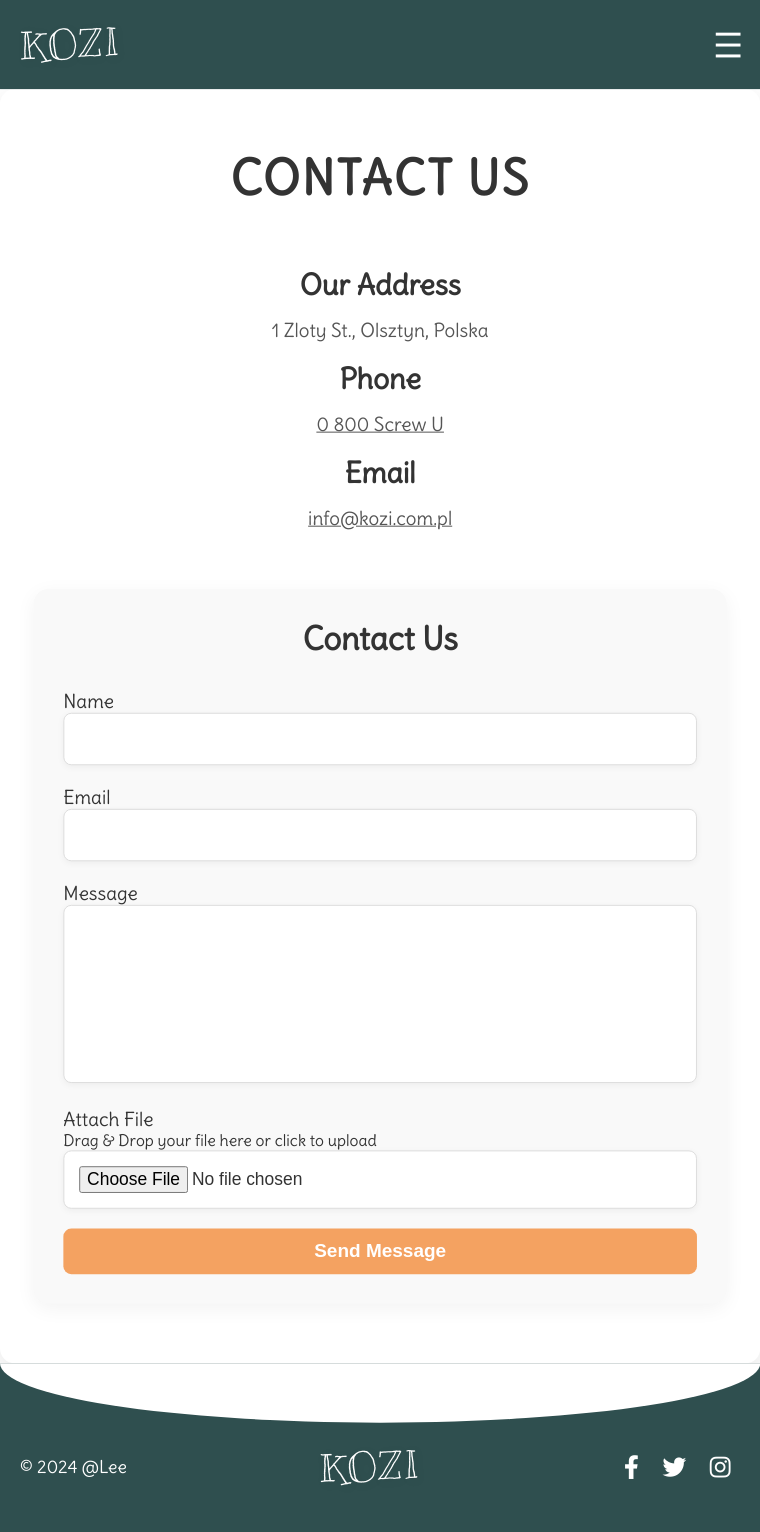
Repository: leerichie/kozi
Page: index.html
These files come from the project's save history. The page is drawn as it stood at one moment and after the next save; the edit follows.
The browser window is 768 px wide. The pictures show the whole page, at 99% of full size.

Above is the page before, as saved 2024-10-24 20:04:35.

After the next save:
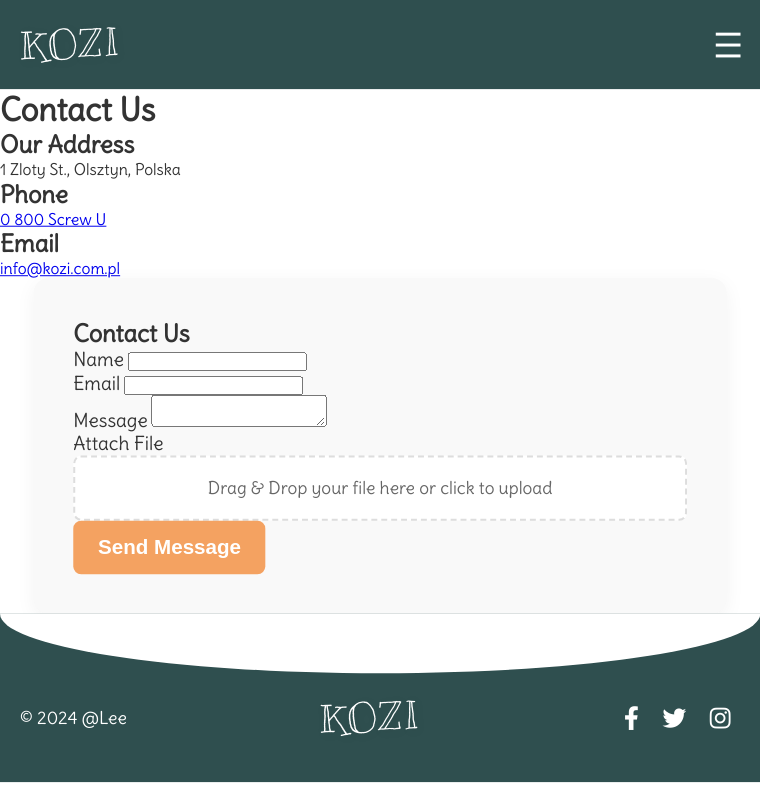
Saved 29 s later.
--- a/css/styles.css
+++ b/css/styles.css
@@ -162,59 +162,6 @@ body {
   color: #f4a261;
 }
 
-/* Contact Section */
-.container {
-  max-width: 1200px;
-  margin: 0 auto;
-  padding: 60px 20px;
-  background-color: #fff;
-  border-radius: 15px;
-  box-shadow: 0 10px 30px rgba(0, 0, 0, 0.1);
-}
-
-.contact-header h1 {
-  text-align: center;
-  font-size: 3rem;
-  margin-bottom: 50px;
-  color: #333;
-  font-weight: 700;
-  text-transform: uppercase;
-  letter-spacing: 2px;
-}
-
-.contact-info {
-  display: flex;
-  justify-content: space-between;
-  flex-wrap: wrap;
-  margin-bottom: 50px;
-  padding: 0 30px;
-}
-
-.contact-info div {
-  flex: 1;
-  min-width: 280px;
-  margin: 10px;
-  text-align: center;
-}
-
-.contact-info h2 {
-  font-size: 1.8rem;
-  margin-bottom: 15px;
-  color: #333;
-}
-
-.contact-info p,
-.contact-info a {
-  font-size: 1.2rem;
-  color: #555;
-  transition: color 0.3s ease;
-}
-
-.contact-info a:hover {
-  color: #f4a261;
-  text-decoration: none;
-}
-
 /* Form Styling */
 .form-container {
   max-width: 700px;
@@ -225,20 +172,6 @@ body {
   box-shadow: 0 5px 20px rgba(0, 0, 0, 0.05);
 }
 
-.form-container h2 {
-  text-align: center;
-  font-size: 2rem;
-  margin-bottom: 30px;
-  font-weight: 600;
-  color: #333;
-}
-
-.contact-form {
-  display: flex;
-  flex-direction: column;
-  gap: 20px;
-}
-
 .form-group label {
   font-size: 1.2rem;
   font-weight: 500;
@@ -246,44 +179,33 @@ body {
   margin-bottom: 5px;
 }
 
-.form-group input,
-.form-group textarea {
+/* File Drop Area Styling */
+.file-drop-area {
   width: 100%;
-  padding: 15px;
-  border: 1px solid #ddd;
+  padding: 20px;
+  border: 2px dashed #ddd;
   border-radius: 8px;
   background-color: #fff;
-  box-shadow: 0 2px 8px rgba(0, 0, 0, 0.05);
-  transition: all 0.3s ease;
+  text-align: center;
+  transition: border-color 0.3s ease;
+  cursor: pointer;
+}
+
+.file-drop-area:hover,
+.file-drop-area.dragging {
+  border-color: #f4a261;
+}
+
+.file-message {
   font-size: 1.1rem;
-}
-
-.form-group input:focus,
-.form-group textarea:focus {
-  outline: none;
-  border-color: #f4a261;
-  box-shadow: 0 0 8px rgba(244, 162, 97, 0.3);
+  color: #666;
 }
 
 .file-input {
-  padding: 10px;
-  font-size: 1.1rem;
-  cursor: pointer;
-}
-
-.form-group input:focus,
-.form-group textarea:focus,
-.form-group .file-input:focus {
-  outline: none;
-  border-color: #f4a261;
-  box-shadow: 0 0 8px rgba(244, 162, 97, 0.3);
-}
-
-textarea {
-  height: 180px;
-  resize: none;
-}
-
+  display: none;
+}
+
+/* Submit Button */
 .submit-btn {
   padding: 15px 25px;
   background-color: #f4a261;
@@ -365,20 +287,6 @@ textarea {
 
 /* Mob */
 @media (max-width: 768px) {
-  .contact-info {
-    flex-direction: column;
-    align-items: center;
-  }
-
-  .form-container {
-    padding: 30px;
-  }
-
-  .submit-btn {
-    font-size: 1.2rem;
-    padding: 12px 20px;
-  }
-
   .hamburger {
     display: flex;
   }
